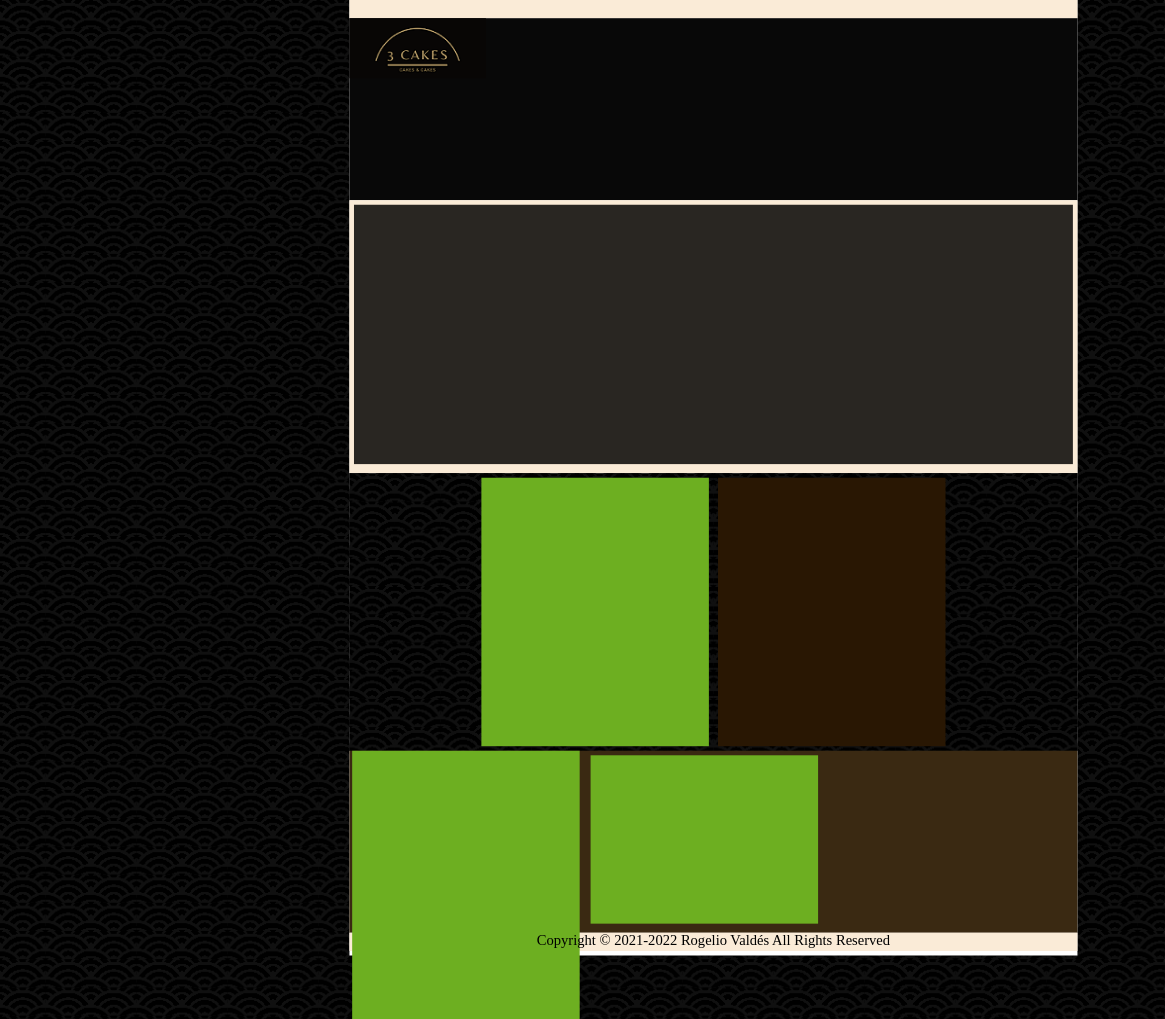
Repository: roge64/htmlfrontend
Page: index.html
These files come from the project's save history. The page is drawn as it stood at one moment and after the next save; the edit follows.
The browser window is 1280 px wide. The pictures show the whole page, at 91% of full size.

Above is the page before, as saved 2022-03-02 17:04:32.

### index.html
<!DOCTYPE html>
<html lang="en">
<head>
    <meta charset="UTF-8">
    <meta http-equiv="X-UA-Compatible" content="IE=edge">
    <meta name="viewport" content="width=device-width, initial-scale=1.0">
    <title>3 Cakes</title>
    <link rel="stylesheet" href="estilos/estilos.css">
</head>

<body>

    <section id="container">

        <header>

        </header>

        <section id="banner">
            <h1> <a href="index.html"><img src="/img/logob.png" alt="logo.png"></a> </h1>

        </section>

        <section id="noticias">
            <article id="news1"></article>

        </section>

        <section id="tienda">
            <article id="cake1"></article>
            <article id="cake2"></article>

        </section>

        <section id="marcas">
            <article id="mark1"></article>
            <article id="mark2"></article>
            <article id="mark3"></article>

        </section>

        <footer>
            <p> Copyright &copy; 2021-<script>document.write(new Date().getFullYear())</script> Rogelio Valdés All Rights Reserved</p>
        </footer>

    </section>

</body>

</html>

### estilos/estilos.css
*{
    border: 0 ;
    margin: 0 ;
    padding: 0;
}

body{
    background-color: rgb(0, 0, 0);
    width:40%;
    margin-left:auto;
    margin-right:auto;
    background-color:black;
background-image:
radial-gradient(circle at 100% 150%, black 24%, #101010 24%, #101010 28%, black 28%, black 36%, #101010 36%, #101010 40%, transparent 40%, transparent),
radial-gradient(circle at 0    150%, black 24%, #101010 24%, #101010 28%, black 28%, black 35%, #101010 36%, #101010 40%, transparent 40%, transparent),
radial-gradient(circle at 50%  100%, #101010 10%, black 10%, black 23%, #101010 23%, #101010 30%, black 30%, black 43%, #101010 43%, #101010 50%, black 50%, black 63%, #101010 63%, #101010 71%, transparent 71%, transparent),
radial-gradient(circle at 100% 50%, #101010 5%, black 5%, black 15%, #101010 15%, #101010 20%, black 20%, black 29%, #101010 29%, #101010 34%, black 34%, black 44%, #101010 44%, #101010 49%, transparent 49%, transparent),
radial-gradient(circle at 0    50%, #101010 5%, black 5%, black 15%, #101010 15%, #101010 20%, black 20%, black 29%, #101010 29%, #101010 34%, black 34%, black 44%, #101010 44%, #101010 48%, transparent 49%, transparent);
background-size: 50px 31px;
/*     background-image: url("/img/papyrus-dark.png"); */
}

#container, header, #banner, #noticias, #tienda, footer{
    background-color:rgb(255, 255, 255);
    height: 1050px;
    width: 800px;

}

header{
    background-color:antiquewhite;

    height: 20px;

}

#banner{
    background-color:#080808;
/*     background-color:rgb(25, 25, 25); */
    height: 200px;
}


#noticias{
    background-color: antiquewhite;

    height: 300px;
}

#tienda{
/*     background-color: grey; */
background-color:black;
background-image:
radial-gradient(circle at 100% 150%, black 24%, #101010 24%, #101010 28%, black 28%, black 36%, #101010 36%, #101010 40%, transparent 40%, transparent),
radial-gradient(circle at 0    150%, black 24%, #101010 24%, #101010 28%, black 28%, black 35%, #101010 36%, #101010 40%, transparent 40%, transparent),
radial-gradient(circle at 50%  100%, #101010 10%, black 10%, black 23%, #101010 23%, #101010 30%, black 30%, black 43%, #101010 43%, #101010 50%, black 50%, black 63%, #101010 63%, #101010 71%, transparent 71%, transparent),
radial-gradient(circle at 100% 50%, #101010 5%, black 5%, black 15%, #101010 15%, #101010 20%, black 20%, black 29%, #101010 29%, #101010 34%, black 34%, black 44%, #101010 44%, #101010 49%, transparent 49%, transparent),
radial-gradient(circle at 0    50%, #101010 5%, black 5%, black 15%, #101010 15%, #101010 20%, black 20%, black 29%, #101010 29%, #101010 34%, black 34%, black 44%, #101010 44%, #101010 48%, transparent 49%, transparent);
background-size: 50px 31px;

    height: 300px;
    width: 780px;
    padding-left: 10px;
    padding-right: 10px;
    padding-top: 5px;
    text-align: center;
}

#marcas{
    background-color:rgb(58, 41, 18);
    height: 200px;
}


footer{
    background-color:antiquewhite;
    text-align: center;
    height: 20px;
}

#noticias #news1{
    background-color: rgb(41, 38, 34);
    width: 790px;
    height: 285px;
    display: inline-block;
    vertical-align: center;
    margin: 5px 5px;

}

#marcas #mark1{
    background: rgb(109, 175, 33);
    width: 250px;
    height: 295px;
    display: inline-block;
    vertical-align: top;
    margin: 0px 3px;
}

#marcas #mark2{
    background: rgb(109, 175, 33);
    width: 250px;
    height: 185px;
    display: inline-block;
    vertical-align: center;
    margin: 5px 5px;
}

#tienda #cake1{
    background: rgb(109, 175, 33);
    width: 250px;
    height: 295px;
    display: inline-block;
    vertical-align: top;
    margin: 0px 3px;
}

#tienda #cake2{
    background: rgb(41, 23, 3);
    width: 250px;
    height: 295px;
    display: inline-block;
    vertical-align: top;
    margin: 0px 3px;
}

#tienda #cake3{
    background: rgb(175, 169, 112);
    width: 250px;
    height: 295px;
    display: inline-block;
    vertical-align: top;
    margin: 0px 3px;
}

After the next save:
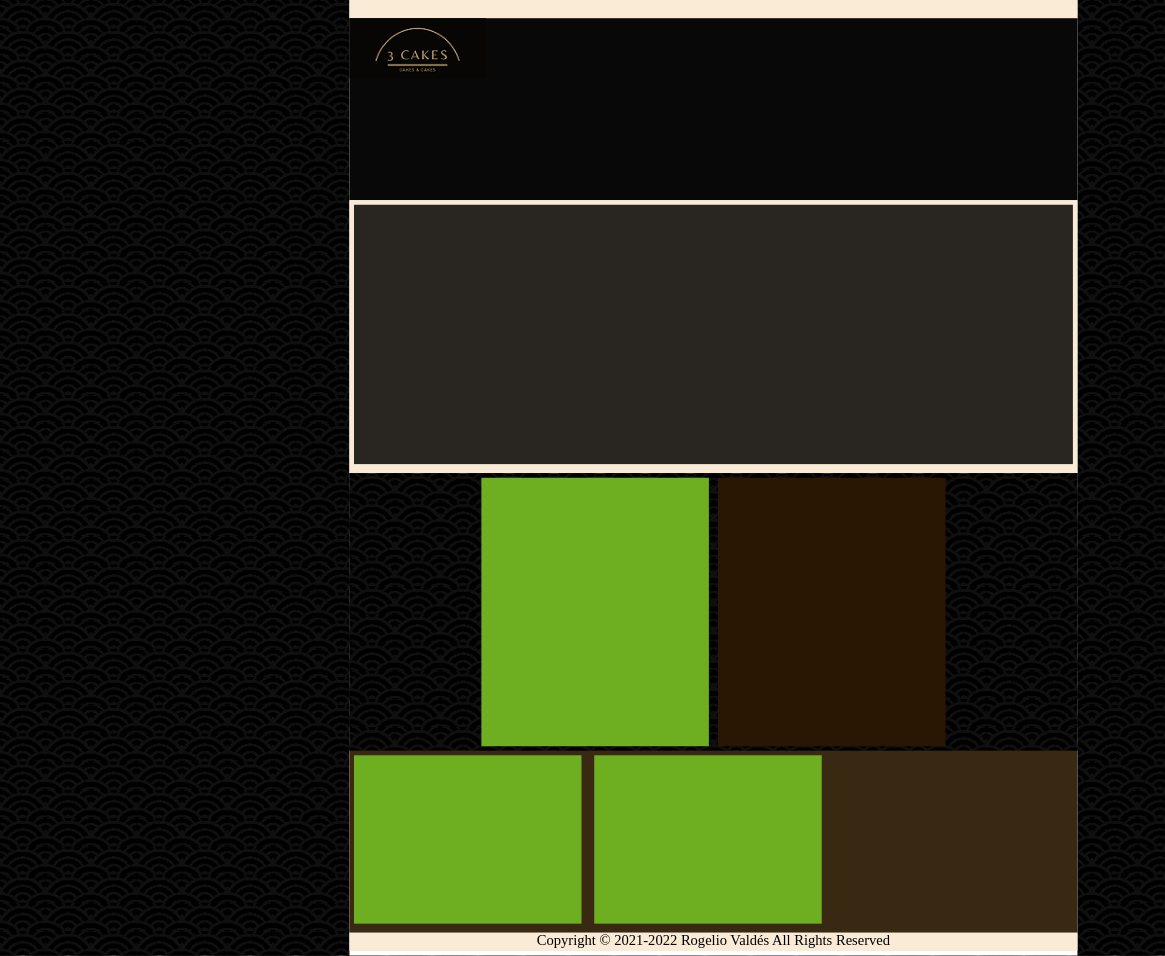
Saved 62 s later.
--- a/estilos/estilos.css
+++ b/estilos/estilos.css
@@ -91,10 +91,10 @@ footer{
 #marcas #mark1{
     background: rgb(109, 175, 33);
     width: 250px;
-    height: 295px;
+    height: 185px;
     display: inline-block;
-    vertical-align: top;
-    margin: 0px 3px;
+    vertical-align: center;
+    margin: 5px 5px;
 }
 
 #marcas #mark2{
